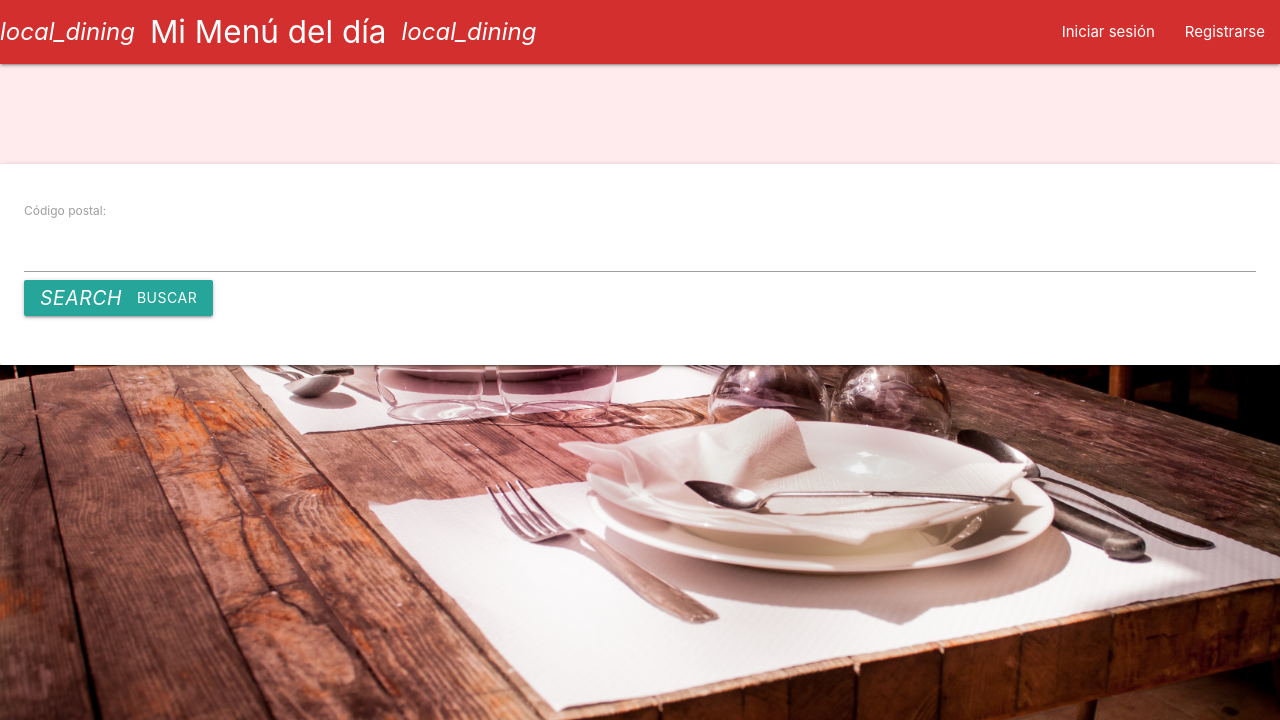
Repository: ixtab/ProyectoJavaRestaurante
Page: http://localhost/MiMenu/
The author's editor kept a copy of each file at every save. The page is drawn from the files as they stood at one save, then again after the next save.
The browser window is 1280 px wide. The pictures show the whole page.
The page is served by Tomcat 9.

Above is the page before, as saved 2019-03-17 19:38:35.

### MiMenu/WebContent/index.jsp
<%@ page language="java" contentType="text/html; charset=ISO-8859-1"
    pageEncoding="ISO-8859-1"%>
<!DOCTYPE html>
<html>
<head>
	<meta charset="utf-8">
      <link href="https://fonts.googleapis.com/icon?family=Material+Icons" rel="stylesheet">
      <link type="text/css" rel="stylesheet" href="css/materialize.min.css"  media="screen,projection"/>
      <link type="text/css" rel="stylesheet" href="css/style.css" />
      <meta name="viewport" content="width=device-width, initial-scale=1.0"/>
	<title>Mi Menú del día</title>

</head>
<body>

	<header>
		<nav>
		    <div class="red darken-2 nav-wrapper">
		      <a href="#" class="brand-logo"><i class="large material-icons">local_dining</i> Mi Menú del día <i class="large material-icons right">local_dining</i></a>
		      <ul id="nav-mobile" class="right hide-on-med-and-down">
		        <li><a href="iniciar.jsp">Iniciar sesión</a></li>
		        <li><a href="registro.jsp">Registrarse</a></li>
		      </ul>
		    </div>
		  </nav>
	</header>

	<div class="margen-superior card-panel col s6 offset-s2 padding">
		<form class = "flow-text">
			<label >Código postal:<input type="text" id="cp"></label>
		</form>
		<a class=" margen-inferior waves-effect waves-light btn col s6 offset-s3 hoverable" onclick="buscar()"><i class="material-icons left">search</i>Buscar</a>
	</div>



	<script type="text/javascript" src="js/materialize.min.js"></script>
</body>
</html>

### MiMenu/WebContent/css/style.css
html {
    background: url(../img/fondo.jpg) no-repeat center center fixed;
    -webkit-background-size: cover;
    -moz-background-size: cover;
    -o-background-size: cover;
    background-size: cover;
}

body {
	background-color: #ffebee;
}


.margen-superior {
	margin-top: 100px;
}

.margen-inferior {
	margin-bottom: 25px;
}

.mapa {
	display: none;
}

.transparente {
	opacity: 0;
}

Loaded but not shown: MiMenu/WebContent/css/materialize.min.css (library); MiMenu/WebContent/js/materialize.min.js (library)

After the next save:
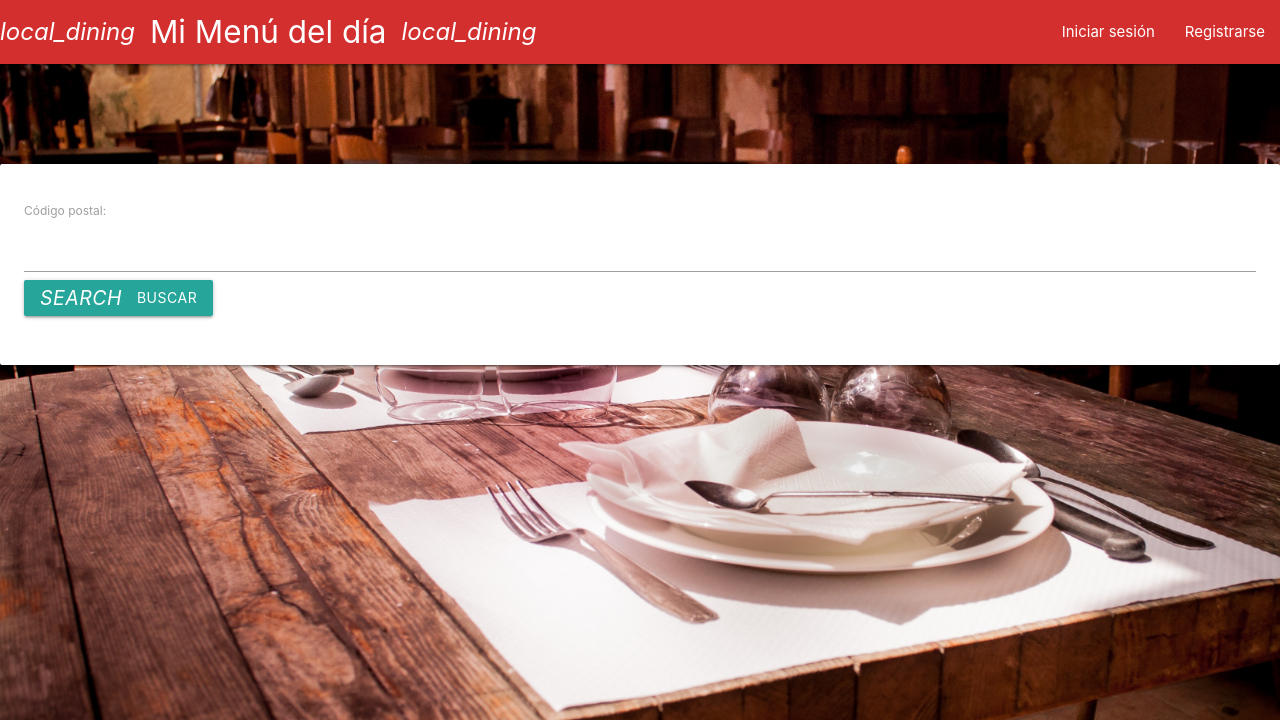
Saved 54 s later.
--- a/MiMenu/WebContent/css/style.css
+++ b/MiMenu/WebContent/css/style.css
@@ -7,7 +7,7 @@ html {
 }
 
 body {
-	background-color: #ffebee;
+
 }
 
 
